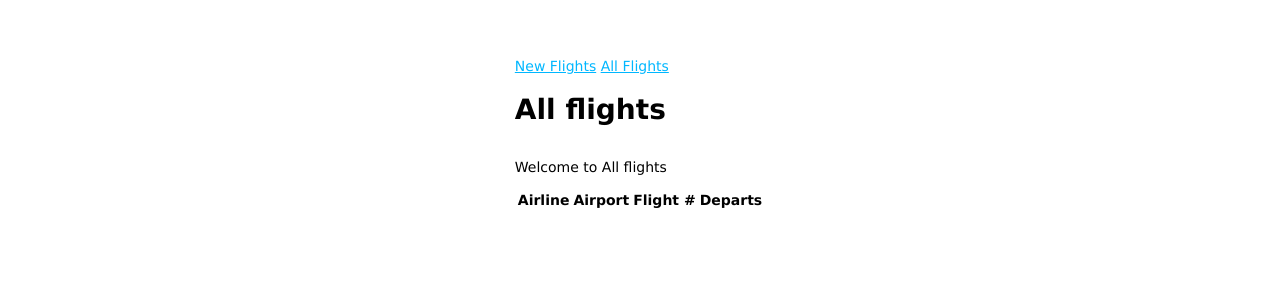
Repository: jmendoza13/mongoose-flights
Page: http://localhost/flights/
These files come from the project's save history. The page is drawn as it stood at one moment and after the next save; the edit follows.
The browser window is 1280 px wide. The pictures show the whole page.
The page is served by the project's Node server (server.js). Queries for data that is not in the repository find no rows.

Above is the page before, as saved 2022-07-18 15:57:17.

After the next save:
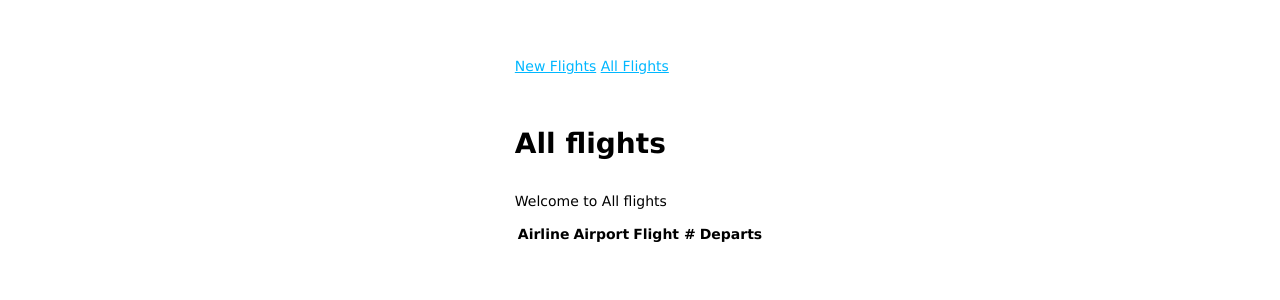
Saved 41 s later.
--- a/public/stylesheets/style.css
+++ b/public/stylesheets/style.css
@@ -3,6 +3,10 @@
   font: 14px "Lucida Grande", Helvetica, Arial, sans-serif;
   display: grid;
   justify-content: center;
+  grid-template-rows: 50px 1fr;
+  grid-template-areas:
+    "nav"
+    "main"
 
 }
 

After the save that followed:
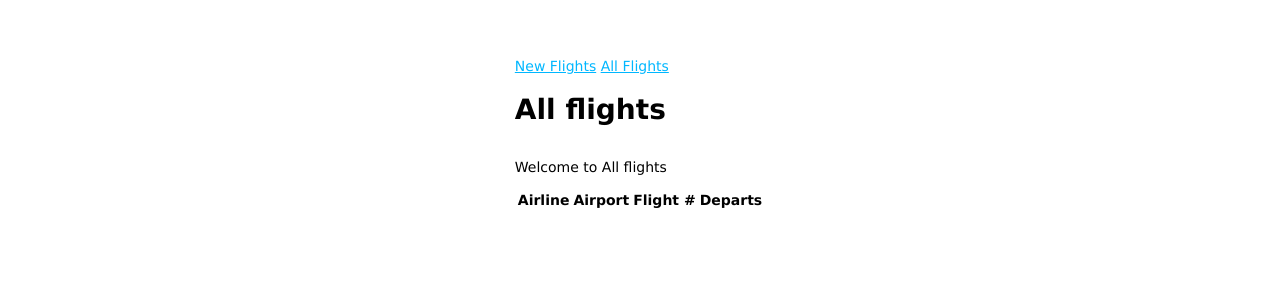
Saved 8 s later.
--- a/public/stylesheets/style.css
+++ b/public/stylesheets/style.css
@@ -3,7 +3,6 @@
   font: 14px "Lucida Grande", Helvetica, Arial, sans-serif;
   display: grid;
   justify-content: center;
-  grid-template-rows: 50px 1fr;
   grid-template-areas:
     "nav"
     "main"
